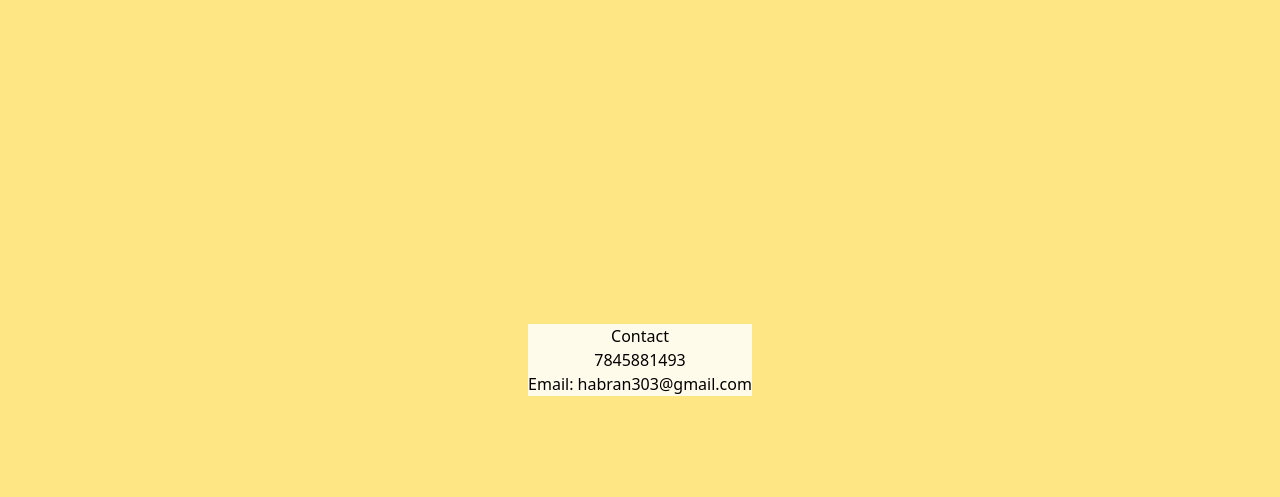
Repository: Habeebur1493/project
Page: /Contact
These files come from the project's save history. The page is drawn as it stood at one moment and after the next save; the edit follows.
The browser window is 1280 px wide. The pictures show the whole page.
The page's requests for data from a server got no answer. The project was rebuilt for these pictures with package versions that can differ from the ones it lists, and the page was loaded fresh each time. No one was signed in, and anything a server would have sent is missing. Also part of the build but not shown: vite.config.js, src/Components/Login.jsx, src/Components/Nav.jsx, src/Components/Loading.jsx, src/Components/Home.jsx, src/Components/Details.jsx, src/Components/About.jsx, src/Components/Services.jsx.

Above is the page before, as saved 2025-01-31 20:34:11.

After the next save:
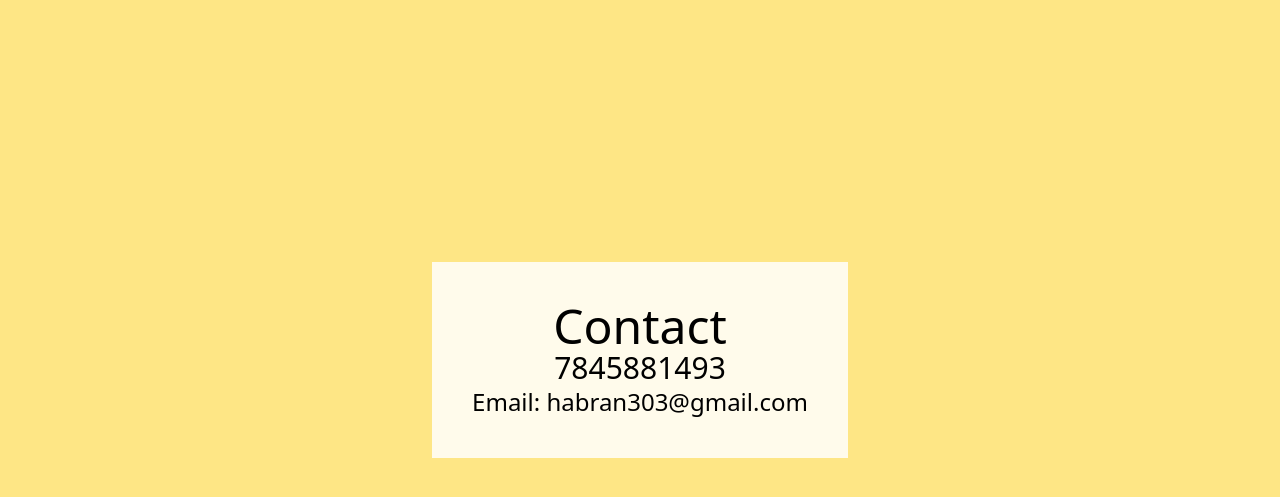
Saved 24 s later.
--- a/src/Components/Contact.jsx
+++ b/src/Components/Contact.jsx
@@ -3,10 +3,10 @@ import React from 'react'
 const Contact = () => {
   return (
     <div className='w-full h-full flex flex-col justify-center items-center bg-amber-200'>
-        <div className='text-center bg-amber-50'>
-            <h1>Contact</h1>
-            <h2>7845881493</h2>
-            <h3>Email: habran303@gmail.com</h3>
+        <div className='text-center bg-amber-50 p-10'>
+            <h1 className='text-5xl'>Contact</h1>
+            <h2 className='text-3xl'>7845881493</h2>
+            <h3 className='text-2xl'>Email: habran303@gmail.com</h3>
         </div>
 
 
